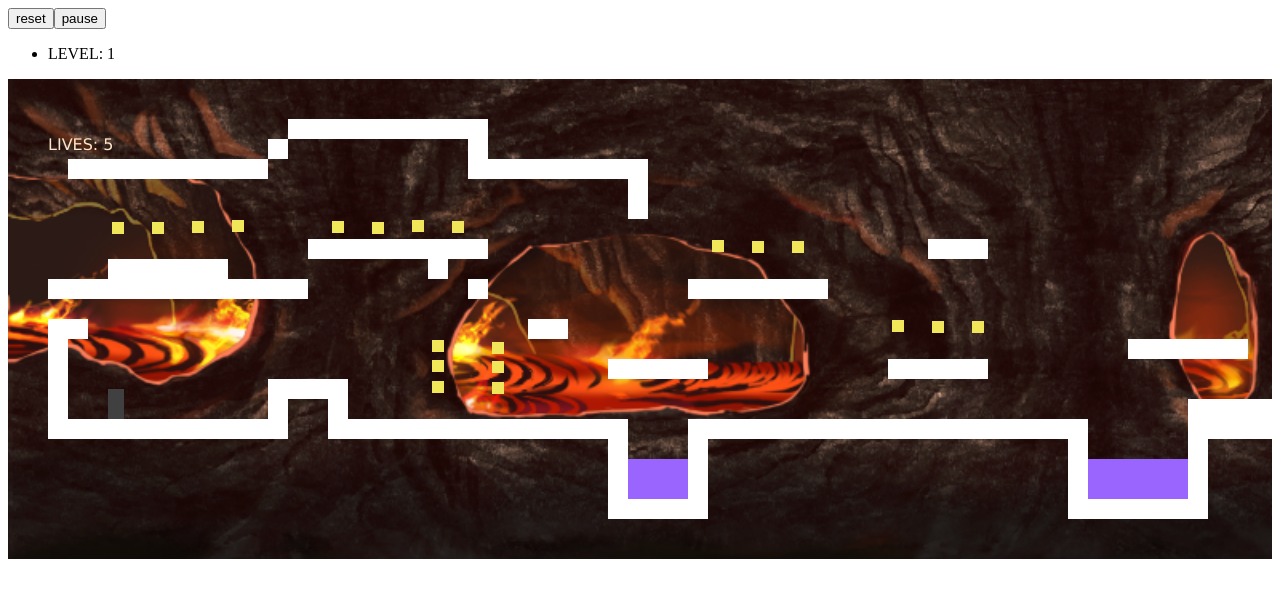
Repository: luccas-teddy/examenlucas
Page: index.html
An editor plug-in stored every save of this project. The page is shown before and after the next save, followed by the edit.
The browser window is 1280 px wide. The pictures show the whole page.

Above is the page before, as saved 2021-02-18 03:00:31.

After the next save:
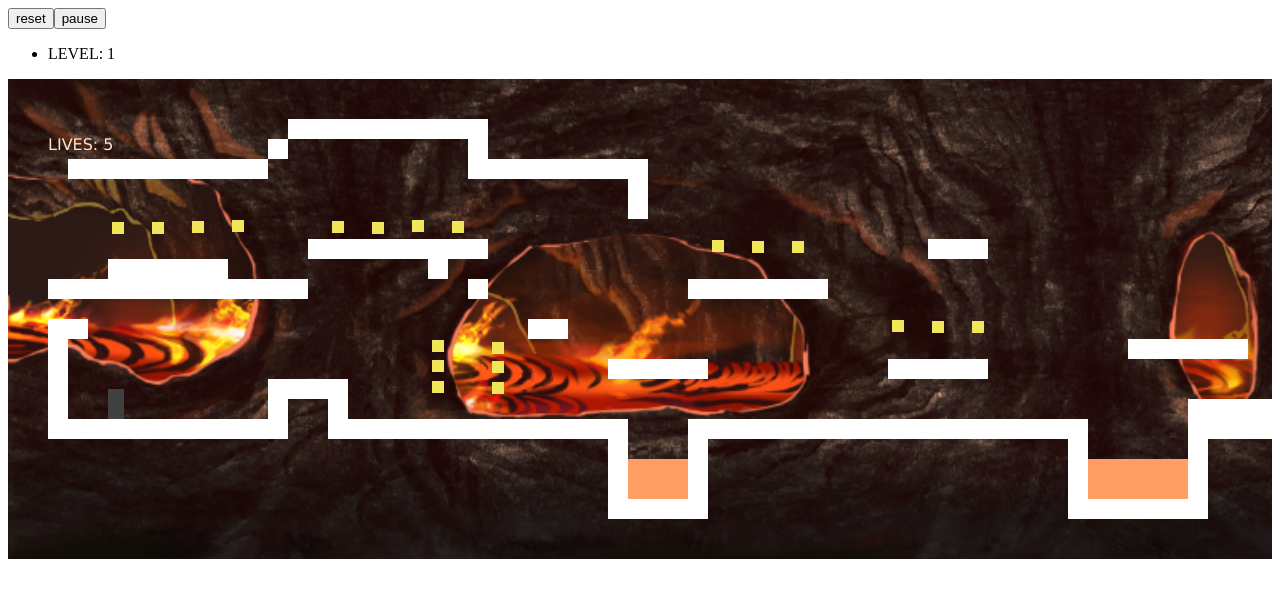
Saved 27 s later.
--- a/css/game.css
+++ b/css/game.css
@@ -9,7 +9,7 @@
                    border-spacing:  0;   }
 
 .background td   { padding: 0;   }
-.lava            { background: rgb(154, 100, 255); }
+.lava            { background: rgb(255, 157, 100); }
 .wall            { background: rgb(255, 255, 255);   }
 
 .actor  { position: absolute;  }
